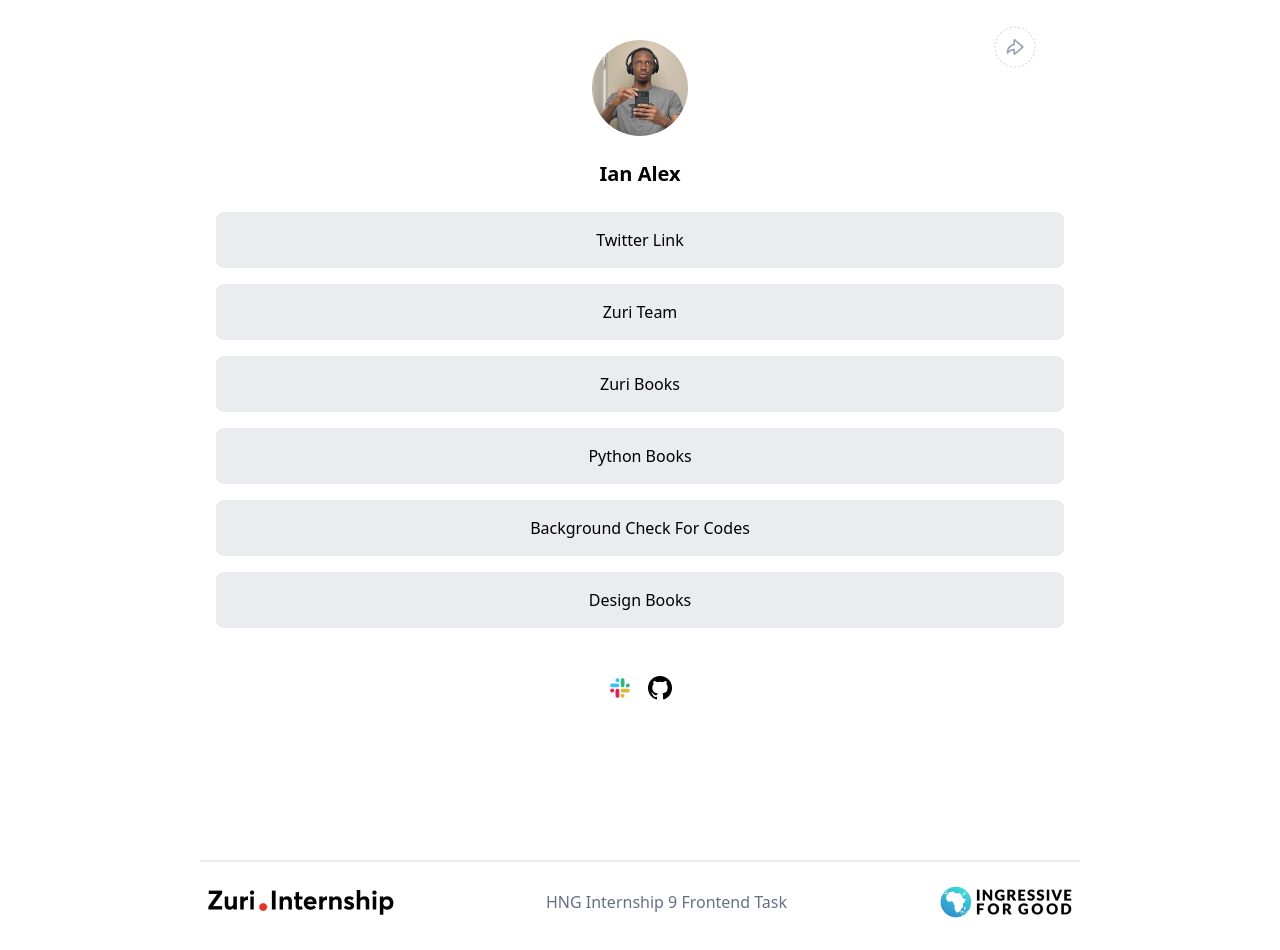
Repository: nonso7/hng9
Page: /
These files come from the project's save history. The page is drawn as it stood at one moment and after the next save; the edit follows.
The browser window is 1280 px wide. The pictures show the whole page.
The project was rebuilt for these pictures with package versions that can differ from the ones it lists, and the page was loaded fresh each time. Also part of the build but not shown: vite.config.js.

Above is the page before, as saved 2022-10-27 13:04:31.

### src/main.jsx
import React from "react";
import ReactDOM from "react-dom/client";
import App from "./App";
import "./styles/tailwind.css";

ReactDOM.createRoot(document.getElementById("root")).render(
  <React.StrictMode>
    <App />
  </React.StrictMode>
);

### src/App.jsx
import React from "react";
import Header from "./Header";
import Links from "./Links";
import Socials from "./Socials";
import Footer from "./Footer";

const App = () => {
  return (
    <div className="">
      <Header />
      <Links />
      <Socials />
      <Footer />
    </div>
  );
};

export default App;

### src/styles/tailwind.css
@tailwind base;
@tailwind components;
@tailwind utilities;

* {
  margin: 0;
  padding: 0;
  border-box: box-sizing;
}

.img-container::after {
  position: absolute;
  content: "";
  height: 6rem;
  width: 100%;
  top: 0;
  left: 0;
  right: 0;
  bottom: 0;
  background-color: gray;
  border-radius: 50px;
  background-color: transparent;
}

.img-container {
  position: relative;
}

.img-container:hover.img-container::after {
  background-color: #344054bf;
}

.camera {
  position: absolute;
  z-index: 999;
  top: 70px;
  left: 35px;
  display: none;
}

.img-container:hover .camera {
  display: block;
}

### src/Header.jsx
import React from "react";

const Header = () => {
  return (
    <section className="p-6">
      {/* image contaiber */}
      <div className=" flex justify-center mt-8 relative md:mt-4">
        <div className="flex flex-col space-y-6 items-center">
          <div className="img-container">
            <img
              id="profile__img"
              className="h-24 w-24 rounded-full"
              src="/images/IMG-1295.jpg"
              alt="profile picture"
            />
            <img className="camera" src="/images/Photo-Icon.png" alt="" />
          </div>
          <p id="twitter" className="text-xl font-bold">
            Ian Alex
          </p>
        </div>
        <p id="slack" className="text-xl font-bold hidden">
          Ik-Alex
        </p>
        <div className="hidden absolute md:right-[130px] lg:right-[220px] md:top-[-14px] md:block">
          <img src="/images/_Avatar share button full.png" alt="" />
        </div>
      </div>
      {/* mobile image */}
      <div className=" absolute right-[30px] top-[40px]  md:hidden">
        <img src="/images/_Avatar share button.png" alt="" />
      </div>
    </section>
  );
};

export default Header;

### src/Links.jsx
import React from "react";
import Data from "./Data";

const Links = () => {
  return (
    <section className="">
      <div className=" mx-auto container px-8 md:px-16">
        {Data.map((info) => {
          return (
            <a
              id={info.keyId}
              className="block bg-darkGrey rounded-lg text-center mb-4  py-4 px-6 md:px-8 hover:cursor-pointer hover:bg-"
              href={info.link}
            >
              {info.title}
            </a>
          );
        })}
      </div>
    </section>
  );
};

export default Links;

### src/Socials.jsx
import React from "react";

const Socials = () => {
  return (
    <section className="mx-auto container px-8 py-8 md:px-16 md:pb-32">
      <div className="flex flex-row space-x-4 items-center justify-center ">
        <div className="">
          <img src="/images/slack.png" alt="" />
        </div>
        <div className="">
          <img src="/images/Icon.png" alt="" />
        </div>
      </div>
    </section>
  );
};

export default Socials;

### src/Footer.jsx
import React from "react";

const Footer = () => {
  return (
    <footer className="mx-auto container px-4 py-8 md:px-12">
      <div className="flex flex-col space-y-6 items-start pt-6 px-2 border-t-2 border-darkGrey md:flex-row md:justify-between md:items-center md:space-y-0">
        <div className="relative">
          <div className="">
            <img src="/images/Vector.png" alt="" />
          </div>
          <div className="absolute left-[51px] bottom-1">
            <img src="/images/Vectordot.png" alt="" />
          </div>
        </div>
        <p className="text-lightGrey">HNG Internship 9 Frontend Task</p>
        <div className="">
          <img src="/images/I4G.png" alt="" />
        </div>
      </div>
    </footer>
  );
};

export default Footer;

### src/Data.jsx
const Data = [
  {
    keyId: "twitter_id",
    title: "Twitter Link",
    link: "https://twitter.com/ik_again",
  },
  {
    keyId: "btn__zuri",
    title: "Zuri Team",
    link: "https://training.zuri.team/",
  },
  {
    keyId: "books",
    title: "Zuri Books",
    link: "http://books.zuri.team/",
  },
  {
    keyId: "book_python",
    title: "Python Books",
    link: "http://books.zuri.team/python-for-beginners?ref_id=<Ik-Alex>",
  },
  {
    keyId: "pitch",
    title: "Background Check For Codes",
    link: "https://background.zuri.team/",
  },
  {
    keyId: "book_design",
    title: "Design Books",
    link: "https://books.zuri.team/design-rules",
  },
];
export default Data;

### tailwind.config.cjs
/** @type {import('tailwindcss').Config} */
module.exports = {
  content: ["./src/**/*.{jsx,js}"],
  theme: {
    screens: {
      sm: "480px",
      md: "768px",
      lg: "976px",
      xl: "1440px",
    },
    extend: {
      colors: {
        darkGrey: "hsl(220, 17%, 93%)",
        lightGrey: "hsl(221, 13%, 46%)",
      },
    },
  },
  plugins: [],
};

Loaded but not shown: index.html (common file)

After the next save:
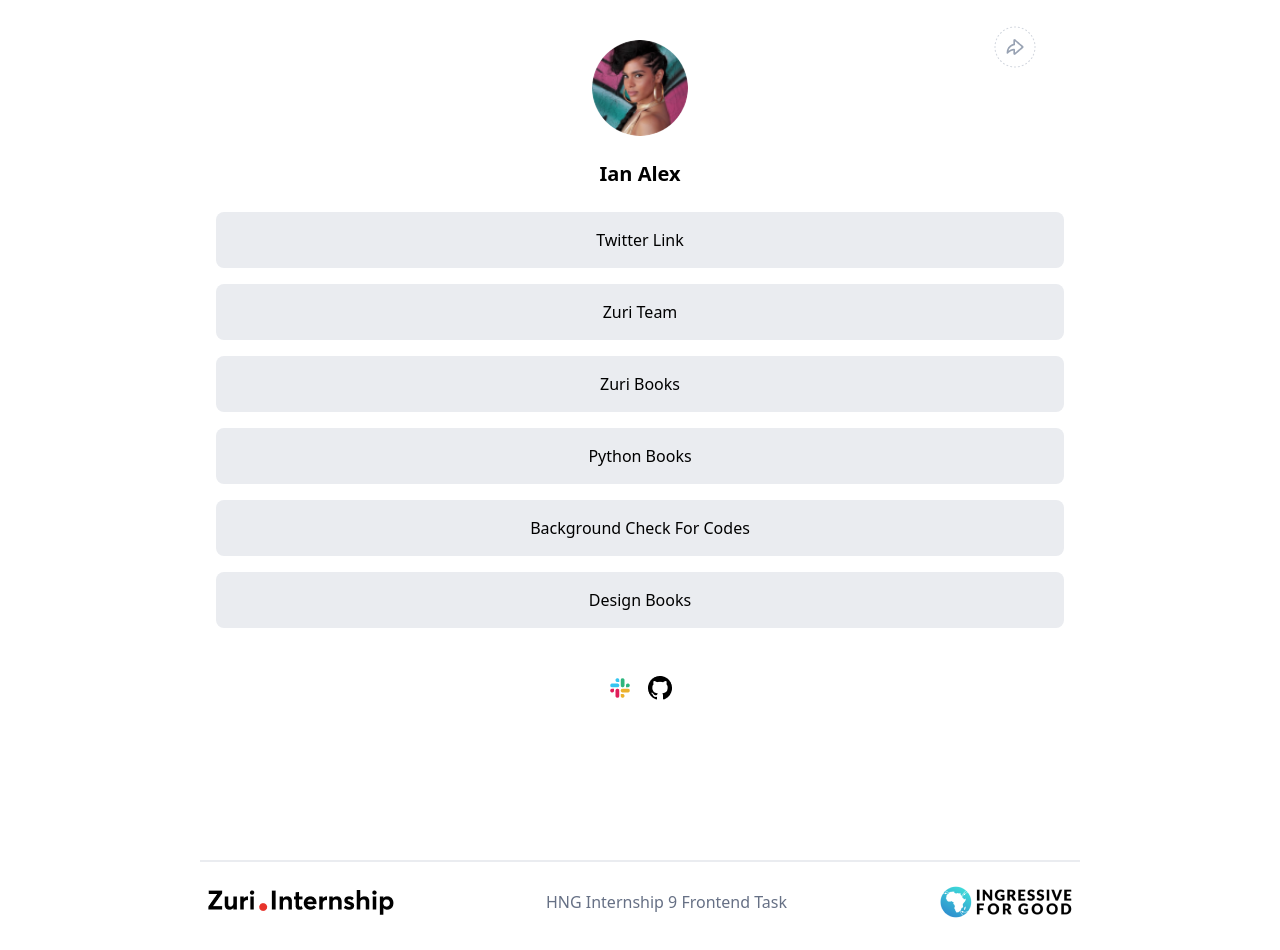
Saved 75 s later.
--- a/src/Header.jsx
+++ b/src/Header.jsx
@@ -10,7 +10,7 @@
             <img
               id="profile__img"
               className="h-24 w-24 rounded-full"
-              src="/images/IMG-1295.jpg"
+              src="/images/Anette-Black.png"
               alt="profile picture"
             />
             <img className="camera" src="/images/Photo-Icon.png" alt="" />
